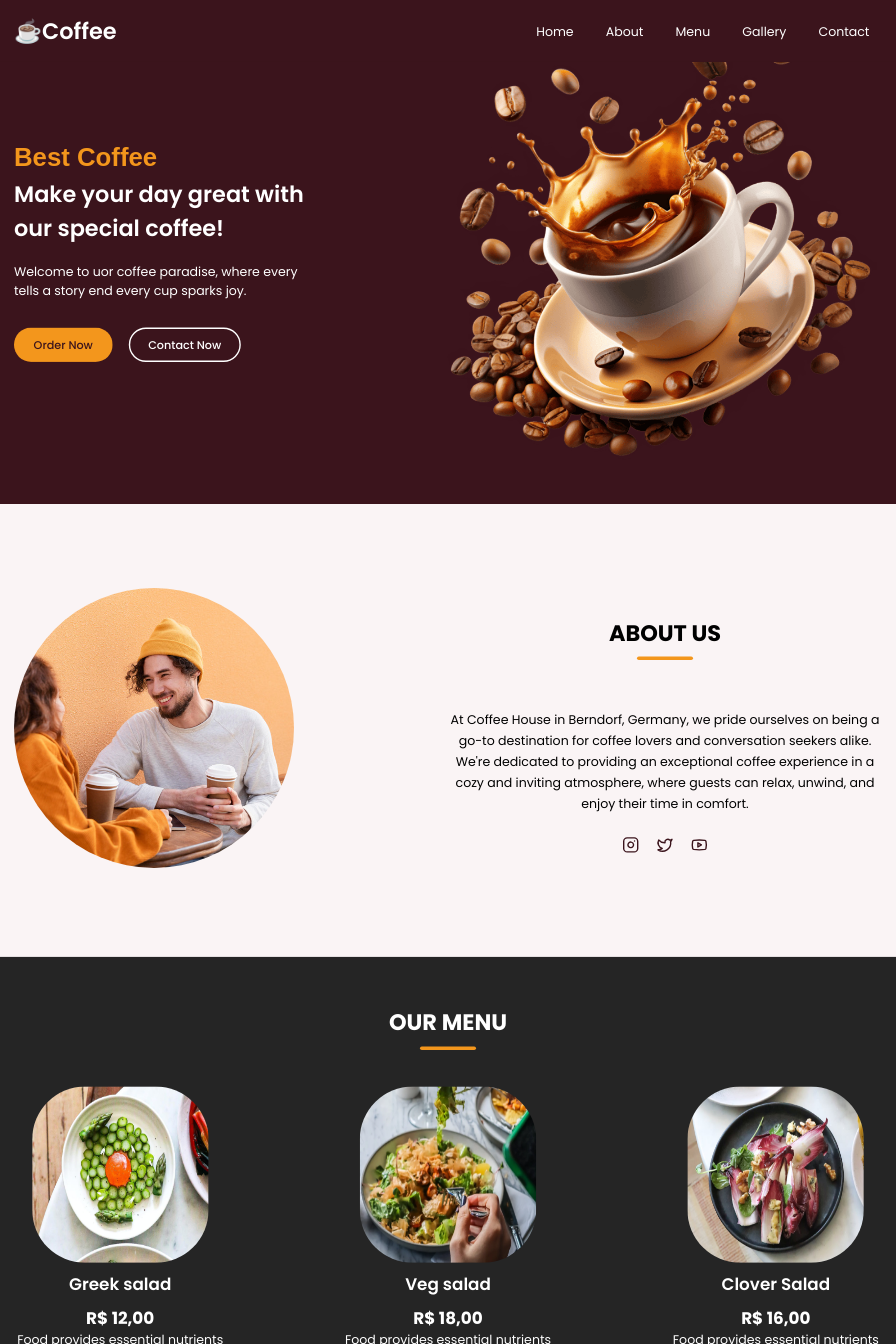
Repository: guilhermecardoso93/coffe-site-vite
Page: /
The author's editor kept a copy of each file at every save. The page is drawn from the files as they stood at one save, then again after the next save.
The browser window is 1280 px wide. The pictures show the part of the page from y = 0 to 1920 px (the page is 8126 px tall before and 720 px after), at 70% of full size.
Some web fonts or font styles are not loaded; a fallback is used. The project was rebuilt for these pictures with package versions that can differ from the ones it lists, and the page was loaded fresh each time. Also part of the build but not shown: vite.config.js.

Above is the page before, as saved 2024-11-22 20:55:12.

### index.html
<!doctype html>
<html lang="en">

<head>
    <meta charset="UTF-8" />
    <link rel="icon" type="image/svg+xml" href="/vite.svg" />
    <link rel="preconnect" href="https://fonts.googleapis.com">
    <link rel="preconnect" href="https://fonts.gstatic.com" crossorigin>
    <link href="https://fonts.googleapis.com/css2?family=Miniver&family=Poppins:ital,wght@0,100;0,200;0,300;0,400;0,500;0,600;0,700;0,800;0,900;1,100;1,200;1,300;1,400;1,500;1,600;1,700;1,800;1,900&display=swap" rel="stylesheet">
    <meta name="viewport" content="width=device-width, initial-scale=1.0" />
    <title>Coffee WebSite</title>
</head>

<body>
    <div id="root"></div>
    <script type="module" src="/src/main.jsx"></script>
</body>

</html>

### src/main.jsx
import { StrictMode } from "react";
import { createRoot } from "react-dom/client";
import { App } from "./App.jsx";

import "./index.css";

createRoot(document.getElementById("root")).render(
  <StrictMode>
    <App />
  </StrictMode>
);

### src/App.jsx
import { Navbar } from "./components/Navbar";
import { Hero } from "./components/Hero";
import { About } from "./components/About";
import { Menu } from "./components/Menu";
import { Testimonials } from "./components/Testimonials";
import { Gallery } from "./components/Gallery";
import { Contact } from "./components/Contact";

export function App() {
  return (
    <>
      <Navbar />
      <Hero />
      <About />
      <Menu />
      <Testimonials />
      <Gallery />
      <Contact />
    </>
  );
}

### src/index.css
:root {
  font-synthesis: none;
  text-rendering: optimizeLegibility;
  -webkit-font-smoothing: antialiased;
  -moz-osx-font-smoothing: grayscale;

  --white-color: #fff;
  --dark-color: #252525;
  --primary-color: #3b141c;
  --secondary-color: #f3961c;
  --light-pink-color: #faf4f5;
  --medium-gray-color: #ccc;

  --font-size-s: 0.9rem;
  --font-size-n: 1rem;
  --font-size-m: 1.12rem;
  --font-size-l: 1.5rem;
  --font-size-xl: 2rem;
  --font-size-xxl: 2.3rem;

  --font-weight-normal: 400;
  --font-weight-medium: 500;
  --font-weight-semibold: 600;
  --font-weight-bold: 700;

  --border-radius-s: 8px;
  --border-radius-m: 30px;
  --border-radius-circle: 50%;

  --site-max-width: 1300px;
}

* {
  padding: 0;
  margin: 0;
  box-sizing: border-box;
  font-family: "Poppins", sans-serif;
}

ul {
  list-style: none;
}

a {
  text-decoration: none;
}

button {
  cursor: pointer;
  border: none;
  background-color: none;
}

img {
  width: 100%;
}

.section-content {
  margin: 0 auto;
  padding: 0 20px;
  max-width: var(--site-max-width);
}

.section-title {
  text-align: center;
  padding: 20px 0;
  text-transform: uppercase;
  font-size: var(--font-size-xl);
}

.section-title::after {
  content: '';
  width: 80px;
  height: 5px;
  display: block;
  margin: 10px auto 0;
  border-radius: var(--border-radius-s);
  background-color: var(--secondary-color);
}


@media screen and (max-width: 900px) {
  :root {
    --font-size-s: 0.9rem;
    --font-size-n: 1rem;
    --font-size-m: 1rem;
    --font-size-l: 1.3rem;
    --font-size-xl: 1.5rem;
    --font-size-xxl: 1.8rem;
  }
}

### src/components/Navbar/index.jsx
import { useState } from "react";
import { AlignJustify, X } from "lucide-react";
import "./styles.css";

export function Navbar() {
  // Estado para controlar a visibilidade do menu
  const [isMobileMenuOpen, setMobileMenuOpen] = useState(false);

  // Alternar o estado do menu
  const toggleMobileMenu = () => {
    setMobileMenuOpen((prevState) => !prevState);
    document.body.classList.toggle("show-mobile-menu", !isMobileMenuOpen); // Para adicionar/remover a classe no body
  };

  return (
    <header>
      <nav className="navbar section-content">
        <a href="/" className="nav-logo">
          <h2 className="logo-text">☕Coffee</h2>
        </a>
        {/* Menu com classe condicional */}
        <ul className={`nav-menu ${isMobileMenuOpen ? "show-mobile-menu" : ""}`}>
          <button id="menu-close-button" onClick={toggleMobileMenu}>
            <X color="black" size={40} />
          </button>
          <li className="nav-item">
            <a href="/" className="nav-link">
              Home
            </a>
          </li>
          <li className="nav-item">
            <a href="/about" className="nav-link">
              About
            </a>
          </li>
          <li className="nav-item">
            <a href="/menu" className="nav-link">
              Menu
            </a>
          </li>
          <li className="nav-item">
            <a href="/gallery" className="nav-link">
              Gallery
            </a>
          </li>
          <li className="nav-item">
            <a href="/contact" className="nav-link">
              Contact
            </a>
          </li>
        </ul>
        {/* Botão para abrir o menu */}
        <button id="menu-open-button" onClick={toggleMobileMenu}>
          <AlignJustify color="white" size={40} />
        </button>
      </nav>
    </header>
  );
}

### src/components/Hero/index.jsx
import heroImg from "../../assets/images/coffee-hero-section.png";
import "./styles.css";

export function Hero() {
  return (
    <main>
      <section className="hero-section">
        <div className="section-content-hero">
          <div className="hero-details">
            <h2 className="title">Best Coffee</h2>
            <h3 className="subtitle">
              Make your day great with our special coffee!
            </h3>
            <p className="description">
              Welcome to uor coffee paradise, where every tells a story end
              every cup sparks joy.
            </p>
            <div className="buttons">
              <a href="#" className="button order-now">
                {" "}
                Order Now
              </a>
              <a href="#" className="button contact-us">
                {" "}
                Contact Now
              </a>
            </div>
          </div>
          <div className="hero-image-wrapper">
            <img src={heroImg} alt="" className="hero-image" />
          </div>
        </div>
      </section>
    </main>
  );
}

### src/components/About/index.jsx
import { Instagram, Twitter, Youtube } from "lucide-react";
import AboutImg from "../../assets/images/about-image.jpg";
import "./styles.css";
export function About() {
  return (
    <section className="about-section" id="about">
      <div className="section-content">
        <div className="about-image-wrapper">
          <img src={AboutImg} alt="" className="about-image" />
        </div>
        <div className="about-details">
          <h2 className="section-title">About Us</h2>
          <p>
            At Coffee House in Berndorf, Germany, we pride ourselves on being a
            go-to destination for coffee lovers and conversation seekers alike.
            We're dedicated to providing an exceptional coffee experience in a
            cozy and inviting atmosphere, where guests can relax, unwind, and
            enjoy their time in comfort.
          </p>
          <div className="social-link-list">
            <a href="" className="social-link">
              <Instagram />
            </a>
            <a href="" className="social-link">
              <Twitter />
            </a>
            <a href="" className="social-link">
              <Youtube />
            </a>
          </div>
        </div>
      </div>
    </section>
  );
}

### src/components/Menu/index.jsx
import { food_list } from "../../assets/assets";

import "./styles.css";

export function Menu() {
  return (
    <section className="menu-section">
      <h2 className="section-title">Our Menu</h2>
      <div className="section-content">
        <ul className="menu-list">
          {food_list.map((item) => {
            const precoFormatado = item.price.toLocaleString("pt-BR", {
              style: "currency",
              currency: "BRL",
            });

            return (
              <li key={item._id} className="menu-item">
                <img src={item.image} alt={item.name} className="menu-image" />
                <h3 className="name">{item.name}</h3>
                <h2 className="price">{precoFormatado}</h2>
                <p className="description">{item.description}</p>
              </li>
            );
          })}
        </ul>
      </div>
    </section>
  );
}

### src/components/Testimonials/index.jsx
import { Navigation, Pagination, History } from "swiper/modules";
import { Swiper, SwiperSlide } from "swiper/react";
import "swiper/css";
import "swiper/css/navigation";
import "swiper/css/pagination";

import { testimonials } from "../../assets/assets";
import "./styles.css";

export function Testimonials() {
  return (
    <section className="testimonials-section">
      <h2 className="section-title">Testimonials</h2>
      <div className="section-content">
        <div className="slider-container">
          <div className="slider-wrapper">
            <ul className="testimonials-list">
              <Swiper
                spaceBetween={50}
                slidesPerView={1}
                navigation={true}
                pagination={true}
                history={{
                  key: "slide",
                }}
                modules={[Navigation, Pagination, History]}
                className="mySwiper"
              >
                {testimonials.map((item, index) => {
                  return (
                    <SwiperSlide data-history={index}>
                      <li className="testimonial" key={index}>
                        <img src={item.image} alt="" className="user-image" />
                        <h3 className="name">{item.name}</h3>
                        <i className="feedback">{item.text}</i>
                      </li>
                    </SwiperSlide>
                  );
                })}
              </Swiper>
            </ul>
          </div>
        </div>
      </div>
    </section>
  );
}

### src/components/Gallery/index.jsx
import { gallery } from "../../assets/assets";
import "./styles.css";
export function Gallery() {
  return (
    <section className="gallery-section" id="gallery">
      <h2 className="section-title">Gallery</h2>
      <div className="section-content">
        <ul className="gallery-list">
          {gallery.map((item, index) => {
            return (
              <li className="gallery-item" key={index}>
                <img
                  src={item}
                  alt={`Gallery item ${index}`}
                  className="gallery-image"
                />
              </li>
            );
          })}
        </ul>
      </div>
    </section>
  );
}

### src/components/Contact/index.jsx
import { MapPinHouse, Mail, Phone  } from "lucide-react";
export function Contact() {
  return (
    <section className="contact-section">
      <h2 className="section-title">Contact Us</h2>
      <div className="section-content">
        <ul className="contact-info-list">
          <li className="contact-info">
            <MapPinHouse />
            <p>123 Campsite Avenue, Wilderness, CA 98765</p>
          </li>
          <li className="contact-info">
            <Mail  />
            <p>123 Campsite Avenue, Wilderness, CA 98765</p>
          </li>
          <li className="contact-info">
            <Phone  />
            <p>(123) 456-78909</p>
          </li>
          <li className="contact-info">
            <MapPinHouse />
            <p>123 Campsite Avenue, Wilderness, CA 98765</p>
          </li>
          <li className="contact-info">
            <MapPinHouse />
            <p>123 Campsite Avenue, Wilderness, CA 98765</p>
          </li>
        </ul>
      </div>
    </section>
  );
}

### src/components/Navbar/styles.css
header {
  position: fixed;
  width: 100%;
  z-index: 5;
  background-color: var(--primary-color);
}

header .navbar {
  display: flex;
  align-items: center;
  justify-content: space-between;
  padding: 20px;
}

.navbar .nav-logo .logo-text {
  color: var(--white-color);
  font-size: var(--font-size-xl);
  font-weight: var(--font-weight-semibold);
}

/* Menu principal */
.navbar .nav-menu {
  display: flex;
  gap: 10px;
  transition: transform 0.3s ease;
}

body.show-mobile-menu .nav-menu {
  transform: translateX(0);
}

.navbar .nav-menu.open {
  transform: translateX(0);
}

.navbar .nav-menu.closed {
  transform: translateX(-100%);
}

/* Botões de controle */
#menu-close-button,
#menu-open-button {
  display: none;
}

#menu-close-button,
#menu-open-button {
  cursor: pointer;
}

#menu-close-button {
  position: absolute;
  right: 30px;
  top: 30px;
}

/* Links do menu */
.navbar .nav-menu .nav-item {
  text-align: center;
  color: var(--white-color);
  padding: 10px 18px;
  border-radius: var(--border-radius-m);
  font-size: var(--font-size-m);
  transition: 0.3s ease;
}

.navbar .nav-menu .nav-item a {
  color: var(--white-color);
}

.navbar .nav-menu .nav-item:hover {
  color: var(--primary-color);
  background-color: var(--secondary-color);
}

/* Estilos responsivos */
@media screen and (max-width: 900px) {
  #menu-close-button,
  #menu-open-button {
    display: block;
    font-size: var(--font-size-l);
    background: none;
  }

  .navbar .nav-menu {
    flex-direction: column;
    position: fixed;
    top: 0;
    left: 0;
    width: 300px;
    height: 100%;
    padding-top: 100px;
    background: var(--white-color);
    transform: translateX(-100%);
  }

  .navbar .nav-menu .nav-item a {
    color: var(--dark-color);
  }

  .nav-menu .nav-item {
    margin-bottom: 2rem;
    background: none;
  }

  .navbar .nav-menu.open {
    transform: translateX(0);
  }

  .navbar .nav-menu .nav-link {
    margin-top: 17px;
    color: var(--dark-color);
    font-size: var(--font-size-l);
    gap: 1rem;
  }
}

### src/components/Hero/styles.css
.hero-section {
  min-height: 100vh;
  background-color: var(--primary-color);
}

.hero-section .section-content-hero {
  display: flex;
  align-items: center;
  min-height: 100vh;
  color: var(--white-color);
  justify-content: space-between;
  padding-top: 5rem;
  margin: 0 auto;
  padding: 0 20px;
  max-width: var(--site-max-width);
}

.hero-section .hero-details .title {
  font-size: var(--font-size-xxl);
  color: var(--secondary-color);
  font-weight: var(--font-weight-bold);
  font-family: "Miniver", sans-serif;
}

.hero-section .hero-details .subtitle {
  font-size: var(--font-size-xl);
  margin-top: 8px;
  max-width: 70%;
  font-weight: var(--font-weight-semibold);
}

.hero-section .hero-details .description {
  max-width: 70%;
  margin: 24px 0 40px;
  font-size: var(--font-size-m);
}

.hero-section .buttons {
  display: flex;
  gap: 23px;
}

.hero-section .hero-details .button {
  display: flex;
  align-items: center;
  text-align: center;
  padding: 10px 26px;
  color: var(--primary-color);
  border: 2px solid transparent;
  border-radius: var(--border-radius-m);
  background-color: var(--secondary-color);
  font-weight: var(--font-weight-medium);
  transition: 0.3s ease;
}

.hero-section .hero-details .button:hover,
.hero-section .hero-details .contact-us {
  color: var(--white-color);
  border-color: var(--white-color);
  background: transparent;
}

.hero-section .hero-details .contact-us:hover {
  color: var(--primary-color);
  border-color: var(--secondary-color);
  background-color: var(--secondary-color);
}

.hero-mage-wrapper {
  max-width: 500px;
  margin-right: 30px;
}

@media screen and (max-width: 900px) {
  .hero-section .section-content-hero {
    flex-direction: column-reverse;
    justify-content: center;
    gap: 50px;
    padding: 30px 20px 20px;
  }

  .hero-section .hero-image-wrapper {
    max-width: 270px;
    margin-right: 0;
  }

  .hero-section .hero-details :is(.subtitle, .description) {
    max-width: 100%;
  }

  .hero-section .hero-details .buttons {
    justify-content: center;
  }

  .hero-details {
    display: flex;
    flex-direction: column;
    align-items: center;
    justify-content: center;
  }
}

### src/components/About/styles.css
.about-section {
  padding: 120px 0;
  background-color: var(--light-pink-color);
}

.about-section .section-content {
  display: flex;
  align-items: center;
  justify-content: space-between;
  gap: 50px;
}

.about-section .about-details {
  max-width: 50%;
}

.about-section .about-image-wrapper .about-image {
  width: 400px;
  height: 400px;
  object-fit: cover;
  border-radius: var(--border-radius-circle);
}

.about-section .about-details .section-details {
  padding: 0;
}

.about-section .about-details p {
  line-height: 30px;
  margin: 50px 0 30px;
  text-align: center;
  font-size: var(--font-size-m);
}

.about-section .social-link-list {
  display: flex;
  gap: 25px;
  justify-content: center;
}

.about-section .social-link-list .social-link {
  color: var(--primary-color);
  font-size: var(--font-size-l);
  transition: 0.2s ease;
}

.about-section .social-link-list .social-link:hover {
  color: var(--secondary-color);

}

@media screen and (max-width: 900px) {
  .about-section .section-content {
    flex-direction: column;
    gap: 70px;
  }

  .about-section .about-image-wrapper .about-image {
    width: 100%;
    height: 100%;
    max-width: 250px;
    aspect-ratio: 1;
  }

  .about-section .about-details {
    max-width: 100%;
  }
}

### src/components/Menu/styles.css
.menu-section {
  display: flex;
  flex-direction: column;
  justify-content: center;
  align-items: center;
  background-color: var(--dark-color);
  color: var(--white-color);
  padding: 50px 0 100px;
}

.menu-section .menu-list {
  display: flex;
  flex-wrap: wrap;
  justify-content: space-between;
  gap: 20px;
  margin-top: 2rem;
}

.menu-section .menu-list .menu-item {
  display: flex;
  flex-direction: column;
  align-items: center;
  width: calc(100% / 3 - 110px);
  text-align: center;
}

.menu-section .menu-list .menu-item .menu-image {
  max-width: 83%;
  aspect-ratio: 1;
  border-radius: 30%;
}

.menu-section .menu-list .menu-item .name {
  margin: 13px 0;
  font-size: var(--font-size-l);
  font-weight: var(--font-weight-semibold);
}

.menu-section .menu-list .menu-item .description {
  font-size: var(--font-size-m);
}

@media screen and (max-width: 1024px) {
  .menu-section .menu-list .menu-item {
    width: calc(100% / 3 - 50px);
  }
}

@media screen and (max-width: 900px) {
  .menu-section .menu-list {
    gap: 10px;
  }

  .menu-section .menu-list .menu-item {
    width: calc(100% / 2 - 30px);
  }

  .menu-section .menu-list .menu-item .menu-image {
    max-width: 200px;
  }
}

@media screen and (max-width: 640px) {
  .menu-section .menu-list {
    gap: 30px;
  }

  .menu-section .menu-list .menu-item {
    width: 100%;
  }
}

### src/components/Testimonials/styles.css
.testimonials-section {
  padding: 50px 0 100px;
  background: var(--light-pink-color);
}

.testimonials-section .testimonial {
  display: flex;
  flex-direction: column;
  align-items: center;
  justify-content: center;
  margin-bottom: 1rem;
}

.testimonials-section .testimonial .user-image {
  width: 180px;
  height: 180px;
  object-fit: cover;
  border-radius: var(--border-radius-circle);
  margin-bottom: 50px;
}

.testimonials-section .testimonial .name {
  margin-bottom: 16px;
  font-size: var(--font-size-m);
}

.testimonials-section .testimonial .feedback {
  margin-bottom: 16px;
  font-size: var(--font-size-m);
  max-width: 50%;
  text-align: center;
}

.swiper-button-next,
.swiper-button-prev {
  color: var(--secondary-color);
  /* Altere a cor aqui */
}

.swiper-button-next, .swiper-button-prev {
  color: var(--secondary-color);
  /* Altere aqui */
}

### src/components/Gallery/styles.css
.gallery-section {
  padding: 50px 0 100px;
}

.gallery-section .gallery-list {
  display: flex;
  flex-wrap: wrap;
  gap: 32px;
  justify-content: center;
}

.gallery-section .gallery-list .gallery-item {
  width: calc(100% / 3 - 32px);
  overflow: hidden;
  border-radius: var(--border-radius-s);
}

.gallery-section .gallery-list .gallery-image {
  width: 100%;
  object-fit: cover;
  /* Mantém a proporção */
  cursor: zoom-in;
  transition: transform 0.3s ease;
}

.gallery-section .gallery-list .gallery-item:hover .gallery-image {
  transform: scale(1.3);
}

@media screen and (max-width: 900px) {
  .gallery-section .gallery-list .gallery-item {
    width: calc(100% / 2 - 30px);
  }
}

@media screen and (max-width: 600px) {
  .gallery-section .gallery-list .gallery-item {
    width: 100%;
  }
}

Loaded but not shown: src/assets/assets.js (373 lines, source omitted)

After the next save:
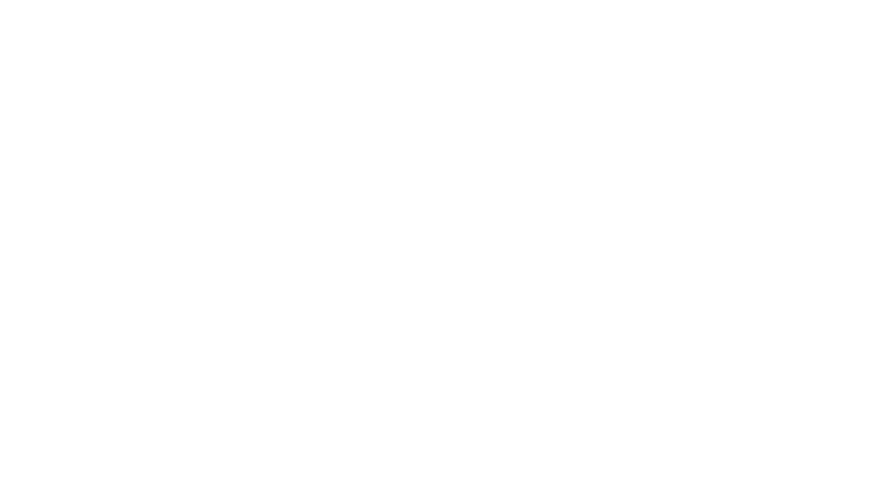
Console error: ReferenceError: Clock is not defined
Saved 55 s later.
--- a/src/components/Contact/index.jsx
+++ b/src/components/Contact/index.jsx
@@ -18,8 +18,8 @@
             <p>(123) 456-78909</p>
           </li>
           <li className="contact-info">
-            <MapPinHouse />
-            <p>123 Campsite Avenue, Wilderness, CA 98765</p>
+            <Clock  />
+            <p>Monday - Friday | 09:00 AM - 05:00 PM</p>
           </li>
           <li className="contact-info">
             <MapPinHouse />

After the save that followed:
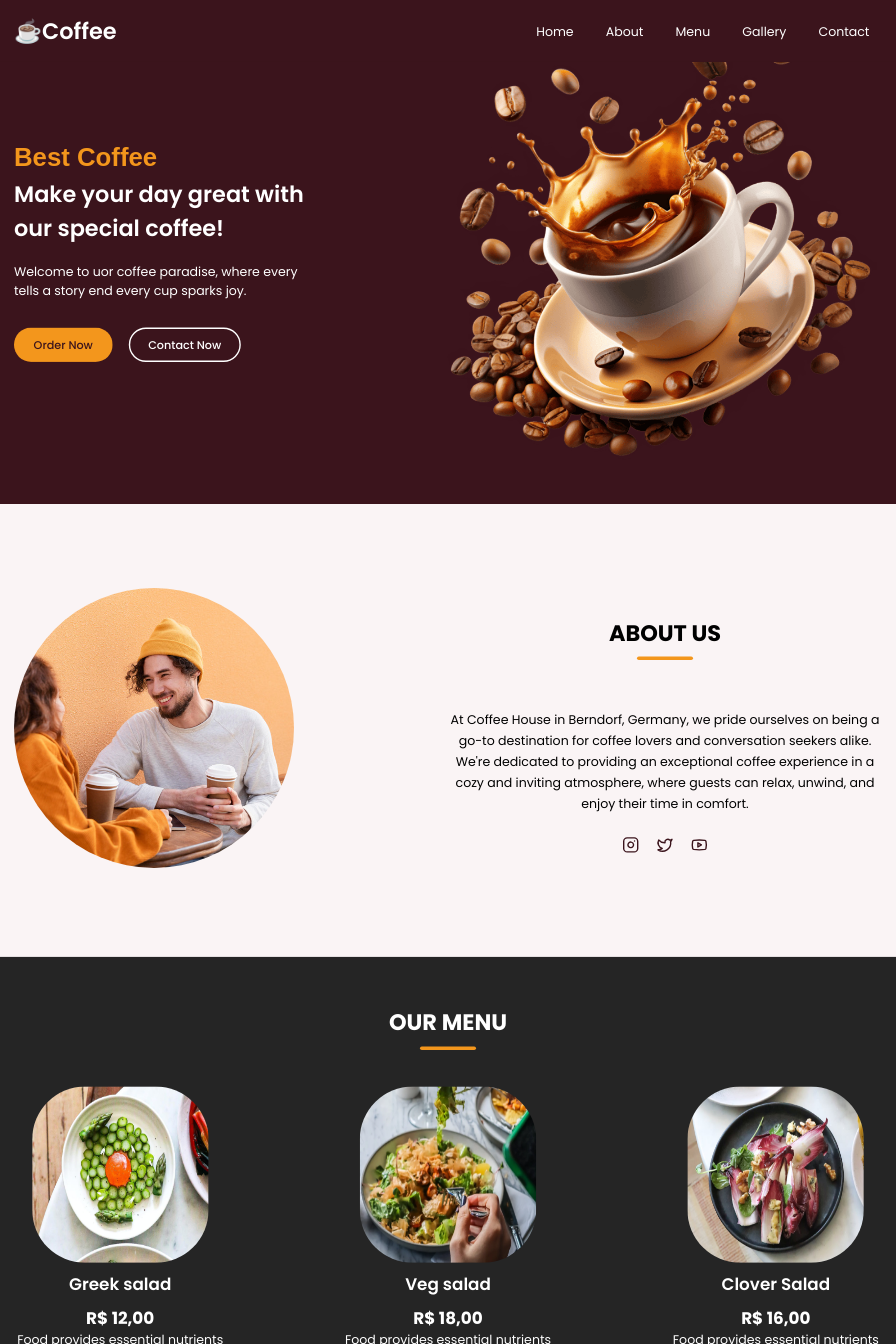
The error is gone.
Saved 13 s later.
--- a/src/components/Contact/index.jsx
+++ b/src/components/Contact/index.jsx
@@ -1,4 +1,4 @@
-import { MapPinHouse, Mail, Phone  } from "lucide-react";
+import { MapPinHouse, Mail, Phone, Clock } from "lucide-react";
 export function Contact() {
   return (
     <section className="contact-section">
@@ -10,15 +10,15 @@
             <p>123 Campsite Avenue, Wilderness, CA 98765</p>
           </li>
           <li className="contact-info">
-            <Mail  />
+            <Mail />
             <p>123 Campsite Avenue, Wilderness, CA 98765</p>
           </li>
           <li className="contact-info">
-            <Phone  />
+            <Phone />
             <p>(123) 456-78909</p>
           </li>
           <li className="contact-info">
-            <Clock  />
+            <Clock />
             <p>Monday - Friday | 09:00 AM - 05:00 PM</p>
           </li>
           <li className="contact-info">
